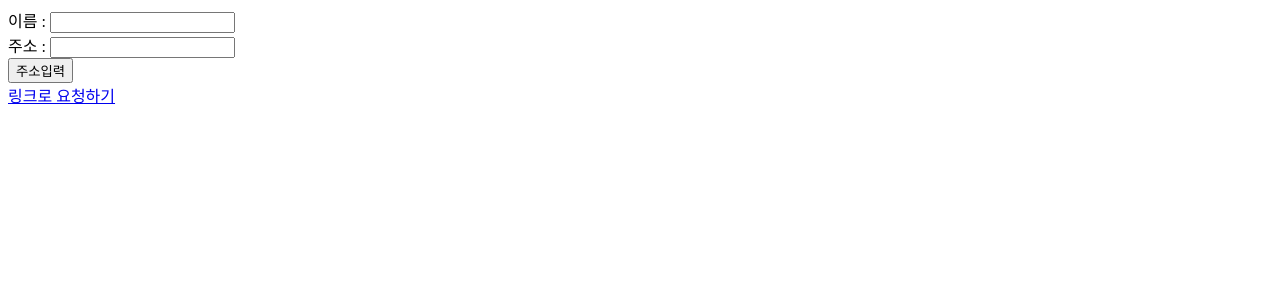
Repository: lopanghub/git_study
Page: http://localhost/JSPStudyCh04Exam/postRequestServletForm.jsp
These files come from the project's save history. The page is drawn as it stood at one moment and after the next save; the edit follows.
The browser window is 1280 px wide. The pictures show the whole page.
The page is served by Tomcat 9. Other server files are loaded and not shown.

Above is the page before, as saved 2024-04-05 04:26:03.

### JSPStudy/JSPStudyCh04Exam/src/main/webapp/postRequestServletForm.jsp
<%@ page language="java" contentType="text/html; charset=UTF-8"
    pageEncoding="UTF-8"%>
<!DOCTYPE html>
<html>
<head>
<meta charset="UTF-8">
<title>Post 방식 요청처리</title>
</head>
<body>
	<form name="f1" action="postRequest" method="post">
		이름 : <input type="text" name="name" /><br>
		주소 : <input type="text" name="address" /><br>
		<input type="submit" value="주소입력"/>
	</form>

	<a href="postRequest?name=홍길동&address=서울 관악구 봉천동">링크로 요청하기</a>
</body>
</html>

After the next save:
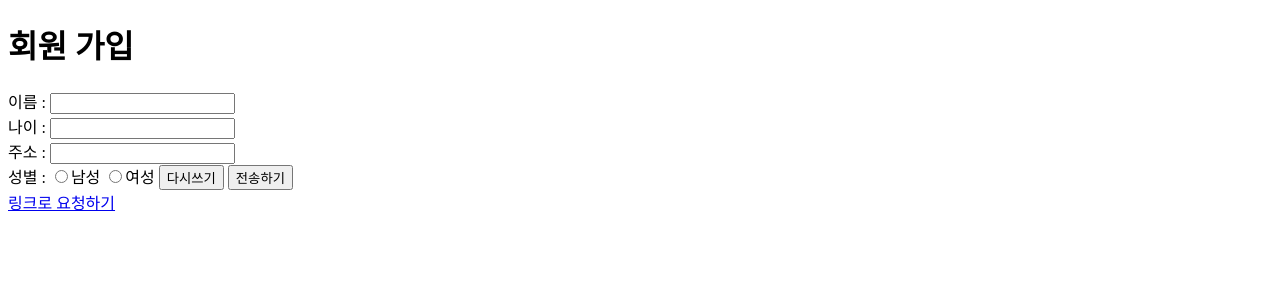
Saved 3 min 37 s later.
--- a/JSPStudy/JSPStudyCh04Exam/src/main/webapp/postRequestServletForm.jsp
+++ b/JSPStudy/JSPStudyCh04Exam/src/main/webapp/postRequestServletForm.jsp
@@ -7,10 +7,16 @@
 <title>Post 방식 요청처리</title>
 </head>
 <body>
+	<h1>회원 가입</h1>
 	<form name="f1" action="postRequest" method="post">
 		이름 : <input type="text" name="name" /><br>
-		주소 : <input type="text" name="address" /><br>
-		<input type="submit" value="주소입력"/>
+		나이 : <input type="text" name="age" /><br>
+		주소 : <input type="text" name="addr" /><br>
+		성별 : <input type="radio" name="gender" value="male"/>남성
+		<input type="radio" name="gender" value="female"/>여성
+
+		<input type="reset" value="다시쓰기"/>
+		<input type="submit" value="전송하기"/>
 	</form>
 
 	<a href="postRequest?name=홍길동&address=서울 관악구 봉천동">링크로 요청하기</a>
